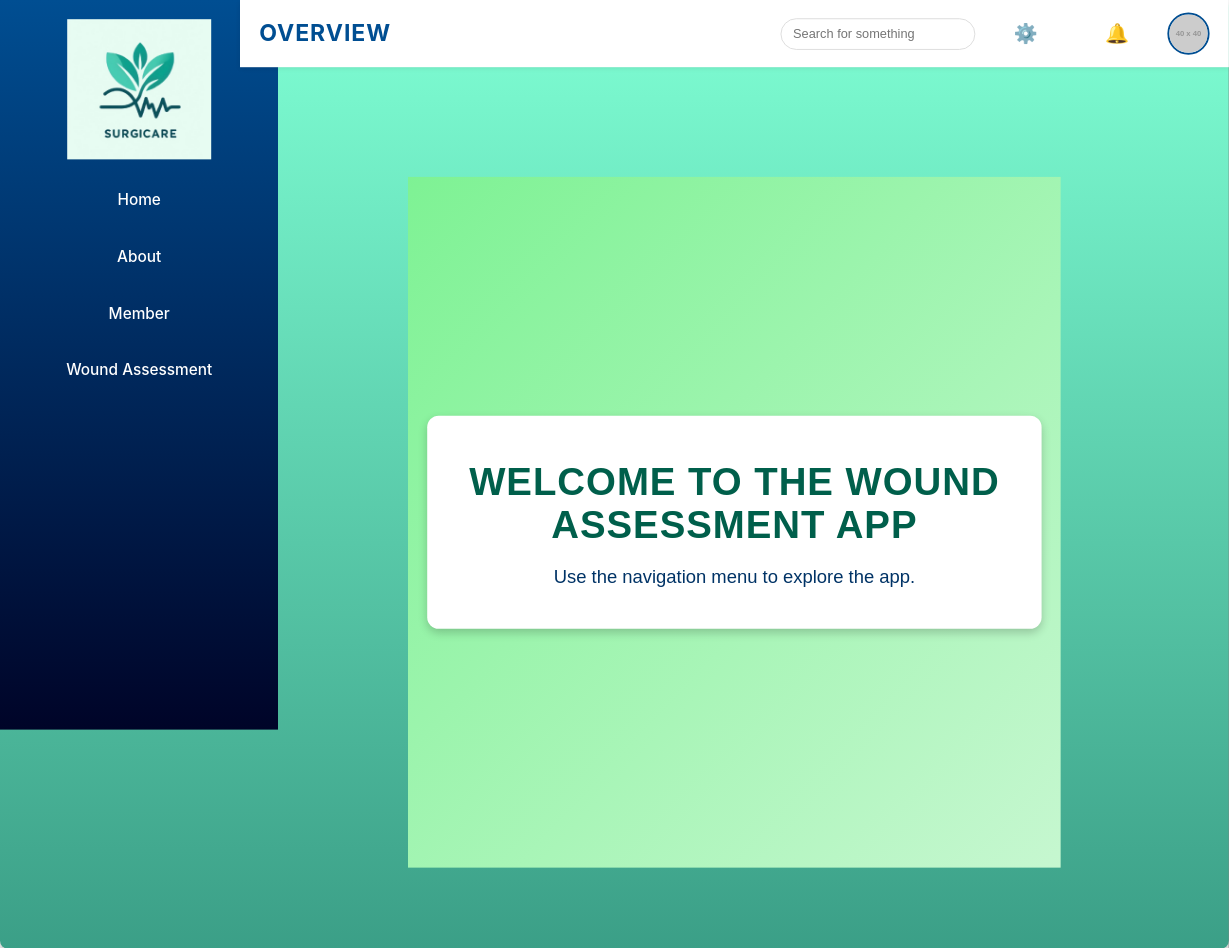
Repository: Jinwoo290350/Surgicare-Vue
Page: / (app in surgicare/)
An editor plug-in stored every save of this project. The page is shown before and after the next save, followed by the edit.
The browser window is 1280 px wide. The pictures show the whole page, at 96% of full size.
The project was rebuilt for these pictures with package versions that can differ from the ones it lists, and the page was loaded fresh each time. Also part of the build but not shown: surgicare/vite.config.js, surgicare/src/views/About.vue, surgicare/src/views/Member.vue, surgicare/src/components/WoundAssessment.vue.

Above is the page before, as saved 2024-12-30 15:13:34.
Console error: TypeError: Cannot read properties of null (reading 'getContext')

After the next save:
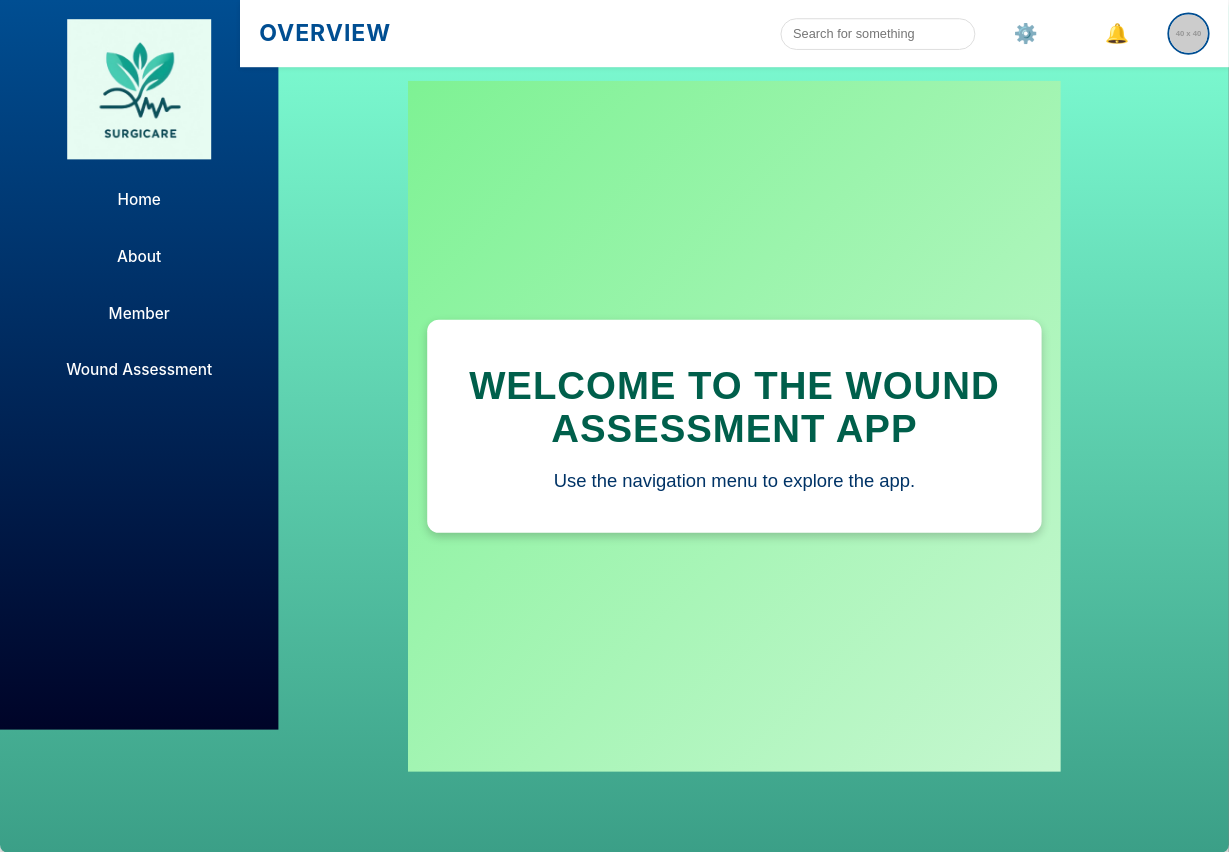
Saved 10 s later.
--- a/surgicare/src/App.vue
+++ b/surgicare/src/App.vue
@@ -134,7 +134,7 @@ body {
 }
 
 .content-area {
-  margin-top: 100px; /* Offset for the fixed header */
+  margin-top: 0px; /* Offset for the fixed header */
   margin-left: 250px; /* Offset for the fixed sidebar */
   flex-grow: 1;
   display: flex;
